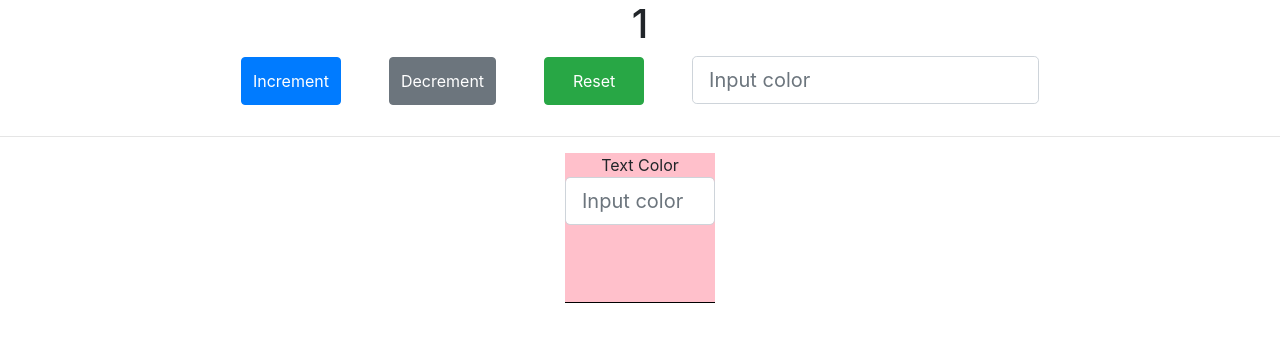
Repository: tts2610/redux-counter
Page: /
The author's editor kept a copy of each file at every save. The page is drawn from the files as they stood at one save, then again after the next save.
The browser window is 1280 px wide. The pictures show the whole page.
The project was rebuilt for these pictures with package versions that can differ from the ones it lists, and the page was loaded fresh each time.

Above is the page before, as saved 2020-06-09 19:06:49.

### src/index.js
import React from "react";
import ReactDOM from "react-dom";
import "./index.css";
import App from "./App";
import * as serviceWorker from "./serviceWorker";
import { createStore } from "redux";
import { Provider } from "react-redux";

const initialState = {
  count: 1,
  color: "pink",
  divArr: {},
};

// function countReducer(state = initialState, action) {
//   switch (action.type) {
//     case "INCREMENT":
//       return {
//         count: state.count + 1,
//         color: action.payload,
//       };
//     case "DECREMENT":
//       return {
//         count: state.count - 1 < 1 ? 1 : state.count - 1,
//         color: action.payload,
//       };
//     case "RESET":
//       return {
//         count: 1,
//         color: action.payload,
//       };
//     case "CHANGECOLOR":
//       return {
//         count: state.count,
//         color: action.payload,
//       };
//     case "CHANGEINDIVIDUAL":
//       return {
//         count: state.count,
//         color: action.payload,
//         divArr: (state.divArr[action.payload.id] = action.payload.color),
//       };
//     default:
//       return state;
//   }
// }

function reducer(state = initialState, action) {
  if (action.type === "INCREMENT") {
    state.count++;
  } else if (action.type === "DECREMENT") {
    state.count = state.count - 1 < 1 ? 1 : state.count - 1;
  } else if (action.type === "CHANGECOLOR") {
    state.color = action.payload.all;
  } else if (action.type === "CHANGEINDIVIDUAL") {
    state.divArr[action.payload.id] = action.payload.color;
  }
  state.divArr = { ...state.divArr };
  return { ...state };
}

const store = createStore(
  reducer,
  // Hooks up Redux Devtools
  window.__REDUX_DEVTOOLS_EXTENSION__ && window.__REDUX_DEVTOOLS_EXTENSION__()
);

ReactDOM.render(
  <Provider store={store}>
    <App />
  </Provider>,
  document.getElementById("root")
);

// If you want your app to work offline and load faster, you can change
// unregister() to register() below. Note this comes with some pitfalls.
// Learn more about service workers: https://bit.ly/CRA-PWA
serviceWorker.unregister();

### src/App.js
import React from "react";
import "./App.css";
import { useSelector, useDispatch } from "react-redux";
import "bootstrap/dist/css/bootstrap.min.css";
import { Form, Button } from "react-bootstrap";

function App() {
  const count = useSelector((state) => state.count);
  const color = useSelector((state) => state.color);
  const divArr = useSelector((state) => state.divArr);
  const dispatch = useDispatch();
  let divList = [];
  for (let index = 0; index < count; index++) {
    divList.push(
      <div
        style={{
          width: "150px",
          height: "150px",
          backgroundColor: `${divArr[index] ? divArr[index] : color}`,
          margin: "0 auto",
          borderBottom: "1px solid black",
        }}
        value={index}
      >
        <span>Text Color</span>
        <Form.Group>
          <Form.Control
            size="lg"
            onChange={(e) => handleOnChange(e, index)}
            type="text"
            placeholder="Input color"
          />
        </Form.Group>
      </div>
    );
  }

  const handleOnChange = (e, id) => {
    dispatch({
      type: "CHANGEINDIVIDUAL",
      payload: { id: id, color: e.target.value },
    });
  };

  return (
    <div className="App">
      <h1>{count}</h1>
      <div
        style={{
          display: "flex",
          justifyContent: "center",
          alignItems: "baseline",
        }}
      >
        <Button
          onClick={() => dispatch({ type: "INCREMENT", payload: color })}
          variant="primary"
          className="mr-5"
          style={{ minWidth: "100px", padding: "11px" }}
        >
          Increment
        </Button>{" "}
        <Button
          onClick={() => dispatch({ type: "DECREMENT", payload: color })}
          variant="secondary"
          className="mr-5"
          style={{ minWidth: "100px", padding: "11px" }}
        >
          Decrement
        </Button>{" "}
        <Button
          onClick={() => dispatch({ type: "RESET", payload: color })}
          variant="success"
          className="mr-5"
          style={{ minWidth: "100px", padding: "11px" }}
        >
          Reset
        </Button>{" "}
        <Form.Group>
          <Form.Control
            size="lg"
            onChange={(e) =>
              dispatch({
                type: "CHANGECOLOR",
                payload: {
                  all: e.target.value === "" ? "pink" : e.target.value,
                },
              })
            }
            type="text"
            placeholder="Input color"
          />
        </Form.Group>
      </div>
      <hr></hr>
      {divList}
    </div>
  );
}

export default App;

Loaded but not shown: public/index.html (common file); src/index.css (common file); src/serviceWorker.js (common file); src/App.css (common file)

After the next save:
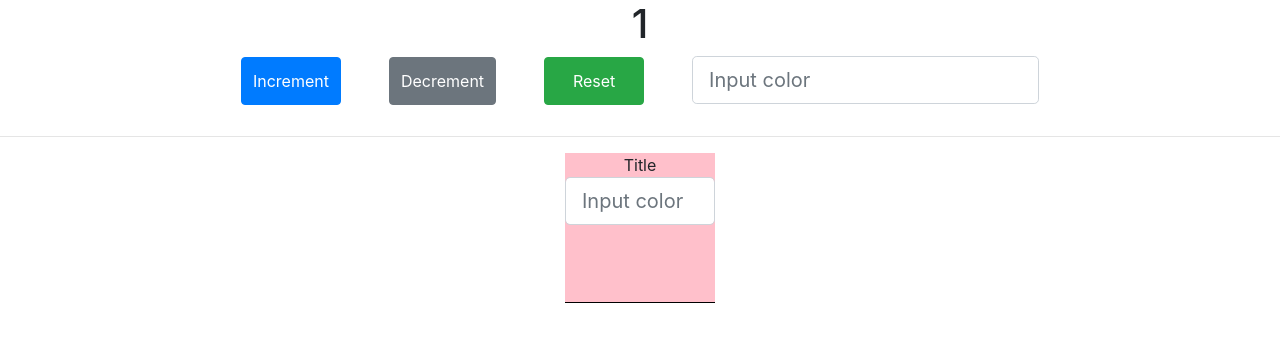
Saved 22 s later.
--- a/src/App.js
+++ b/src/App.js
@@ -22,7 +22,7 @@ function App() {
         }}
         value={index}
       >
-        <span>Text Color</span>
+        <div>Title</div>
         <Form.Group>
           <Form.Control
             size="lg"
